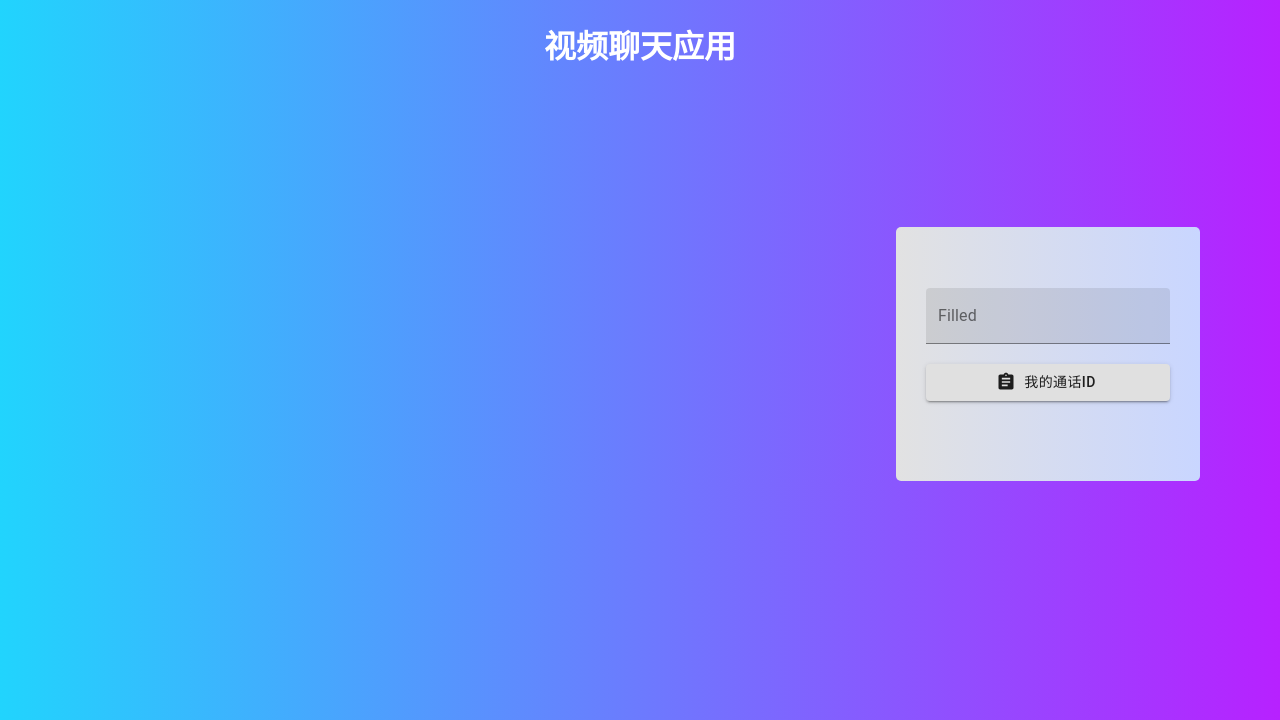
Repository: CodeFreedom-A/webRtc
Page: /
An editor plug-in stored every save of this project. The page is shown before and after the next save, followed by the edit.
The browser window is 1280 px wide. The pictures show the whole page.
The page's requests for data from a server got no answer. The project was rebuilt for these pictures with package versions that can differ from the ones it lists, and the page was loaded fresh each time. No one was signed in, and anything a server would have sent is missing.

Above is the page before, as saved 2022-12-21 17:17:38.

After the next save:
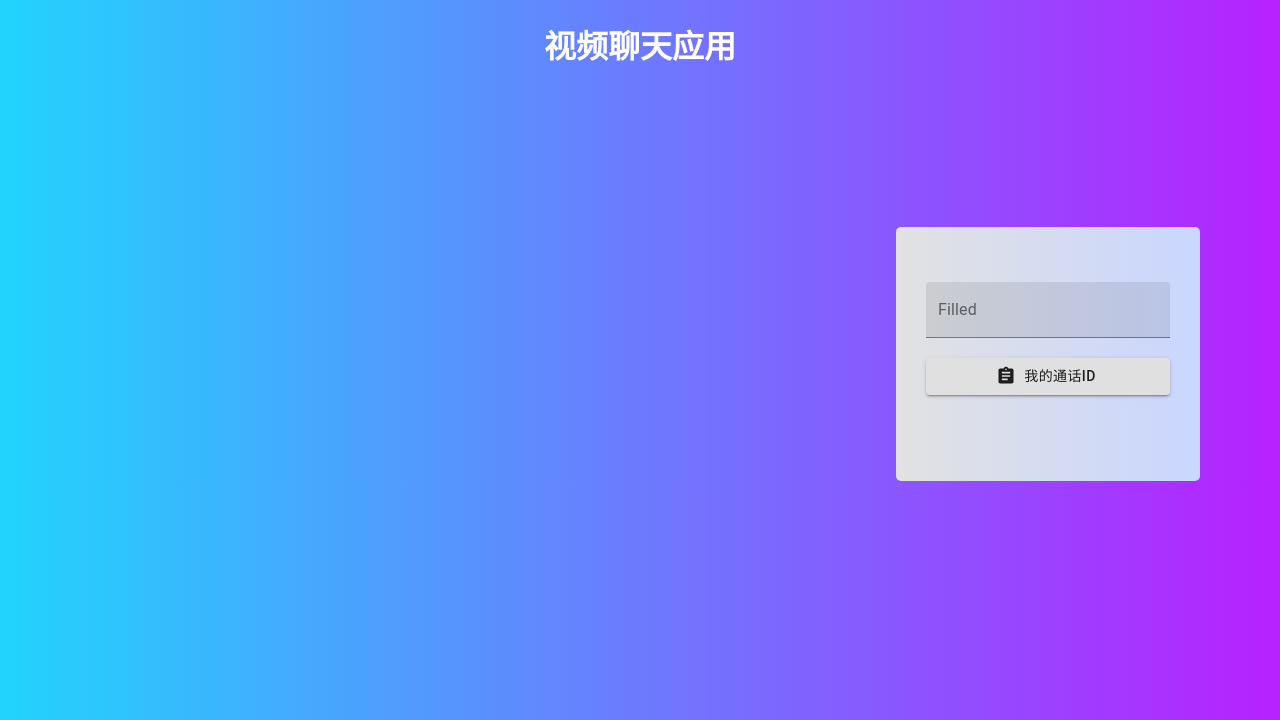
Saved 12 s later.
--- a/src/App.js
+++ b/src/App.js
@@ -2,7 +2,7 @@
  * @Author: sunheng
  * @Date: 2022-12-21 15:50:22
  * @LastEditors: sunheng
- * @LastEditTime: 2022-12-21 17:16:48
+ * @LastEditTime: 2022-12-21 17:17:50
  * @Description: 请填写简介
  */
 
@@ -62,7 +62,7 @@ function App() {
             style={{ marginBottom: "20px" }}
             onChange={(e) => setName(e.target.value)}
           />
-          <CopyToClipboard text={me} style={{ marginBottom: "20px" }}>
+          <CopyToClipboard text={me} style={{ marginBottom: "2rem" }}>
             <Button
               variant="contained"
               startIcon={<AssignmentIcon fontSize="large" />}
